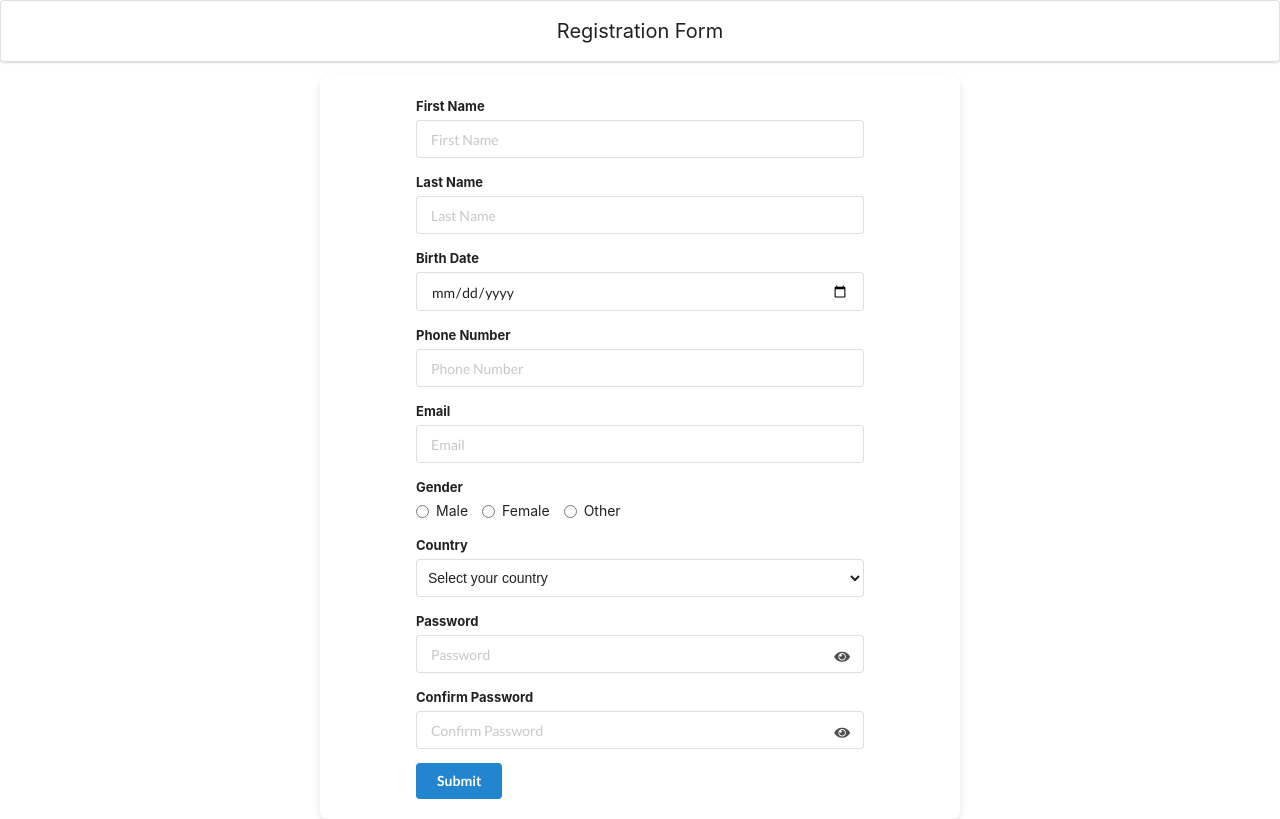
Repository: Wahid137/registration-form
Page: /
The author's editor kept a copy of each file at every save. The page is drawn from the files as they stood at one save, then again after the next save.
The browser window is 1280 px wide. The pictures show the whole page.
The project was rebuilt for these pictures with package versions that can differ from the ones it lists, and the page was loaded fresh each time.

Above is the page before, as saved 2024-05-01 17:29:01.

After the next save:
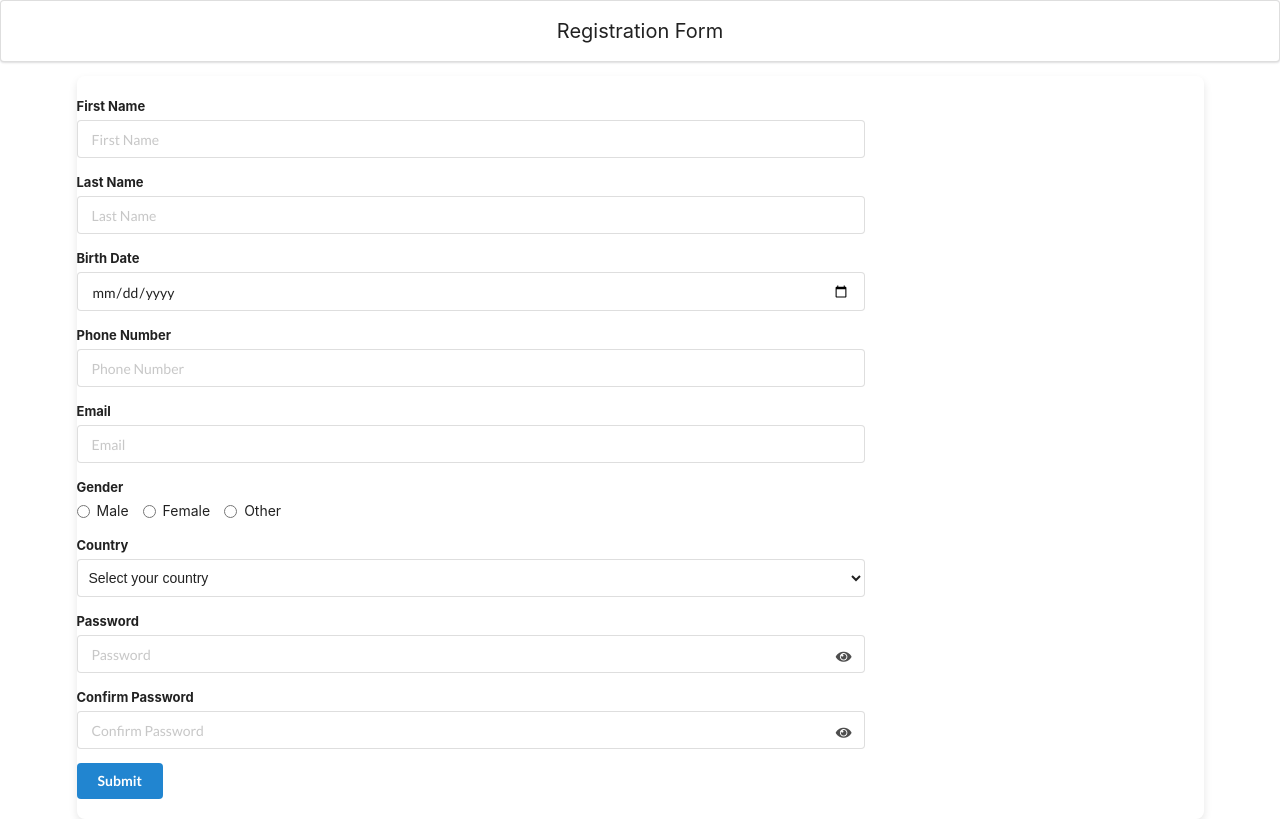
Saved 30 s later.
--- a/src/components/Register.js
+++ b/src/components/Register.js
@@ -99,15 +99,7 @@
 
     return (
         <Container
-            style={{
-                paddingTop: "20px",
-                paddingBottom: "20px",
-                display: "flex",
-                width: "50%",
-                justifyContent: "center",
-                boxShadow: "0 4px 8px rgba(0,0,0,0.1)",
-                borderRadius: "8px",
-            }}
+            className="register-container"
         >
 
             <Form style={{ width: "70%" }} onSubmit={handleSubmit(onSubmit)}>

After the save that followed:
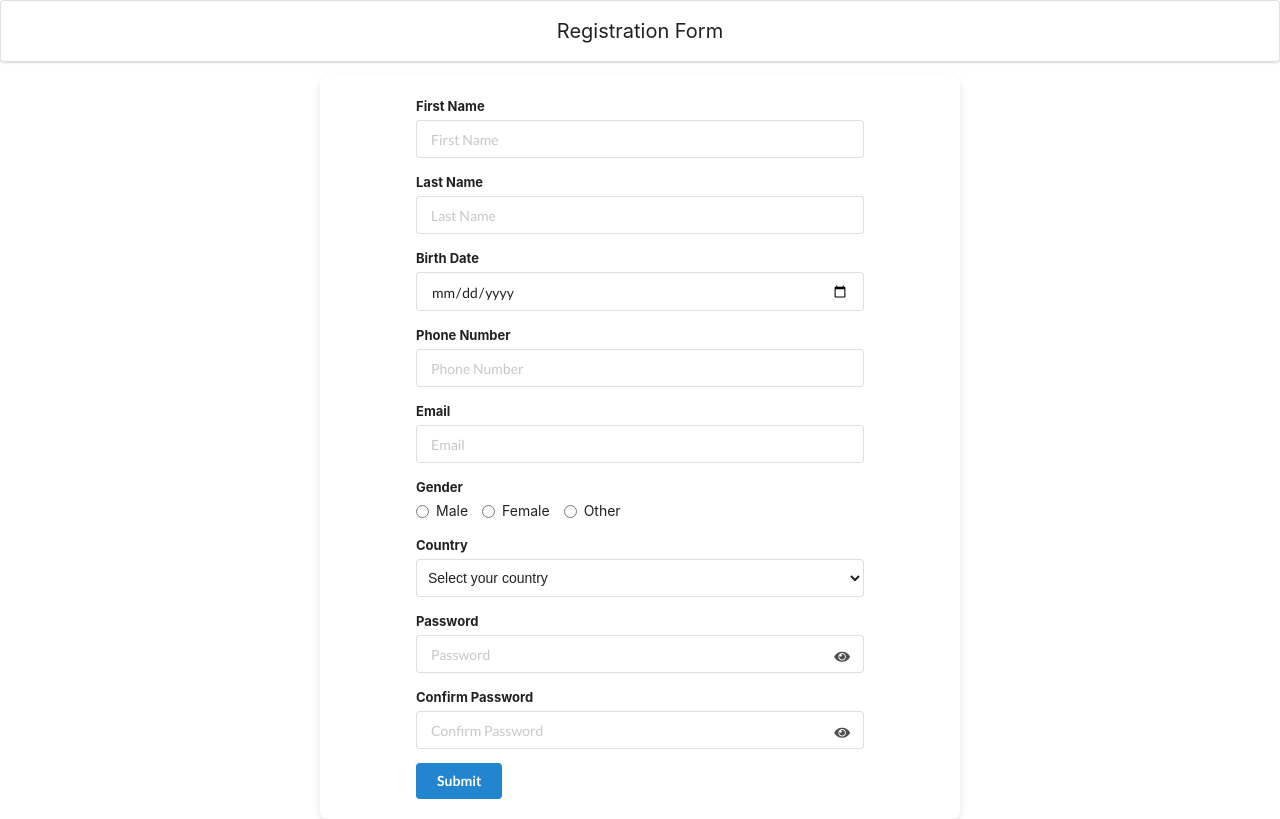
Saved 117 s later.
--- a/src/components/Register.js
+++ b/src/components/Register.js
@@ -99,7 +99,15 @@
 
     return (
         <Container
-            className="register-container"
+            style={{
+                paddingTop: "20px",
+                paddingBottom: "20px",
+                display: "flex",
+                width: "50%",
+                justifyContent: "center",
+                boxShadow: "0 4px 8px rgba(0,0,0,0.1)",
+                borderRadius: "8px",
+            }}
         >
 
             <Form style={{ width: "70%" }} onSubmit={handleSubmit(onSubmit)}>
